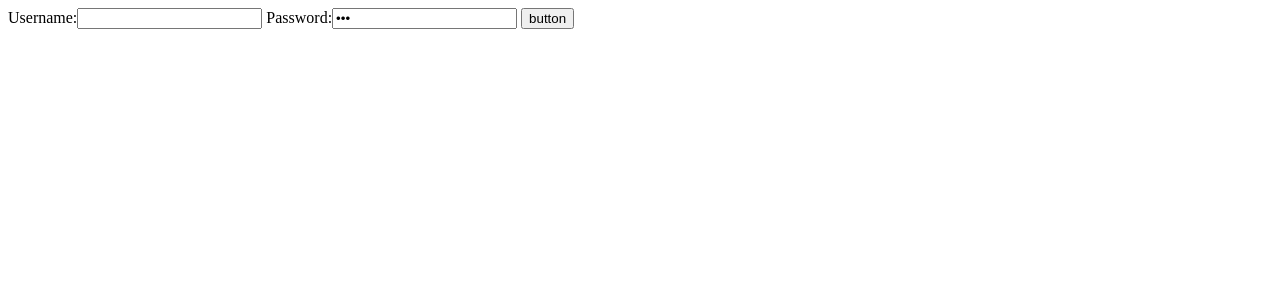
Repository: nagarjuna0287/workspace
Page: ServletProject/WebContent/Login.html
An editor plug-in stored every save of this project. The page is shown before and after the next save, followed by the edit.
The browser window is 1280 px wide. The pictures show the whole page.

Above is the page before, as saved 2017-03-02 05:00:45.

### ServletProject/WebContent/Login.html
<!DOCTYPE html>
<html>
<head>
<meta charset="ISO-8859-1">
<title>Login</title>
</head>
<body>
Username:<input type=text></input>
Password:<input type=password value=pwd></input>
<input type=button value=button >
</body>
</html>

After the next save:
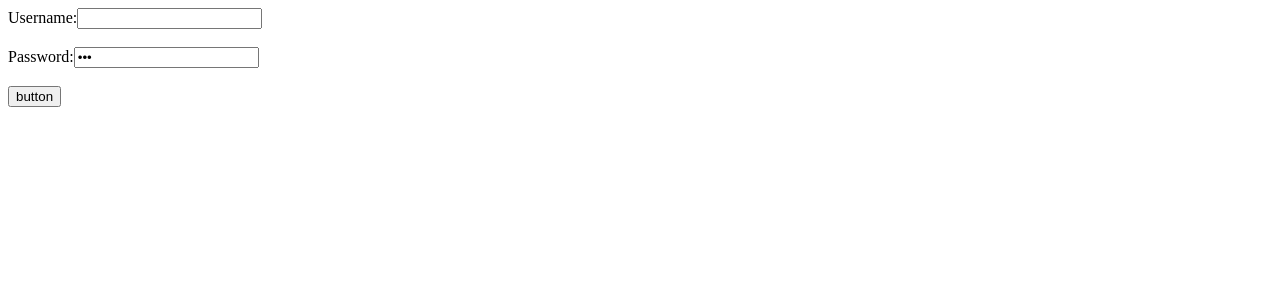
Saved 49 s later.
--- a/ServletProject/WebContent/Login.html
+++ b/ServletProject/WebContent/Login.html
@@ -6,7 +6,9 @@
 </head>
 <body>
 Username:<input type=text></input>
+<br></br>
 Password:<input type=password value=pwd></input>
+<br></br>
 <input type=button value=button >
 </body>
 </html>
